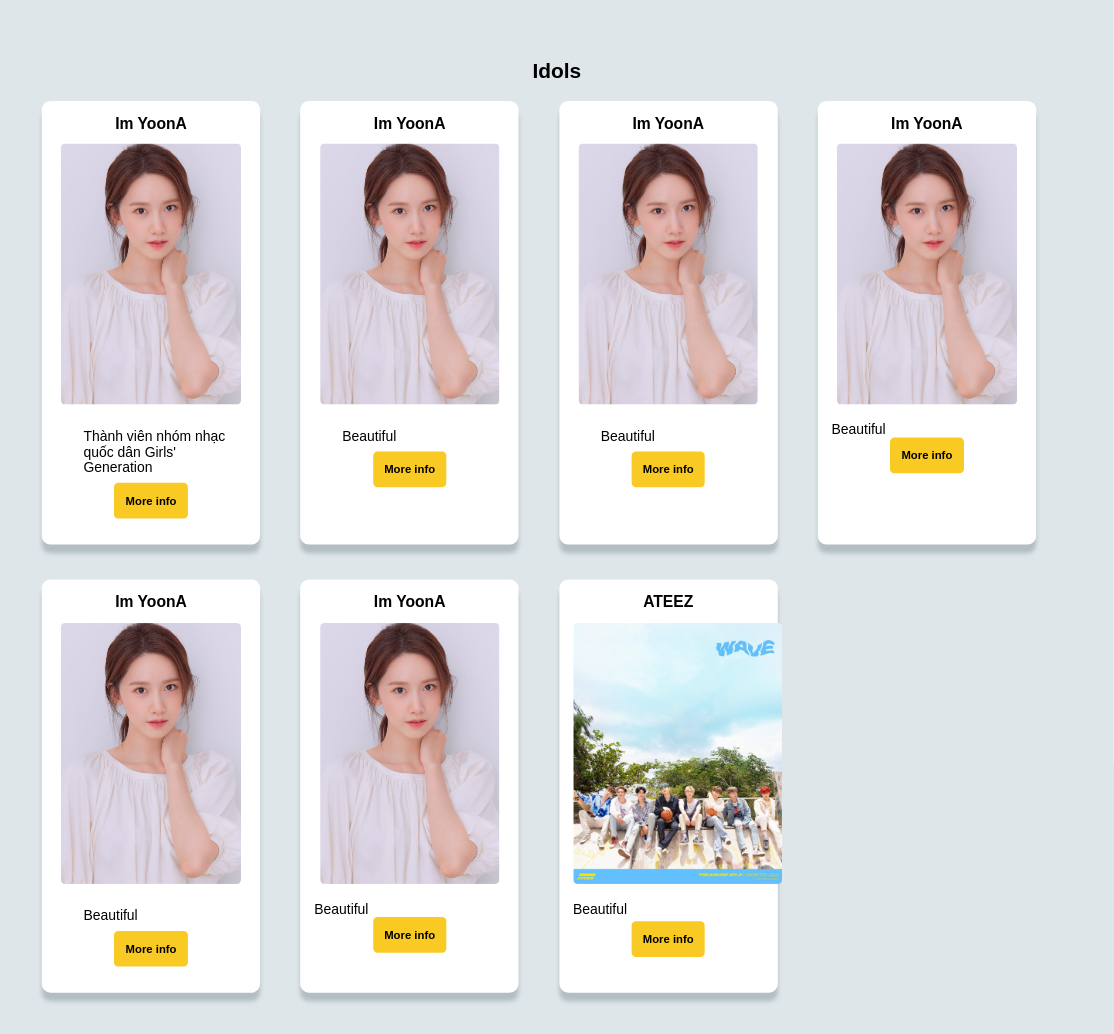
Repository: hangvtt183524/Cong_nghe_Web_va_dich_vu_truc_tuyen_20202
Page: ProjectWeb/src/View/html/idol_list.html
These files come from the project's save history. The page is drawn as it stood at one moment and after the next save; the edit follows.
The browser window is 1280 px wide. The pictures show the whole page, at 87% of full size.

Above is the page before, as saved 2021-05-04 08:13:03.

After the next save:
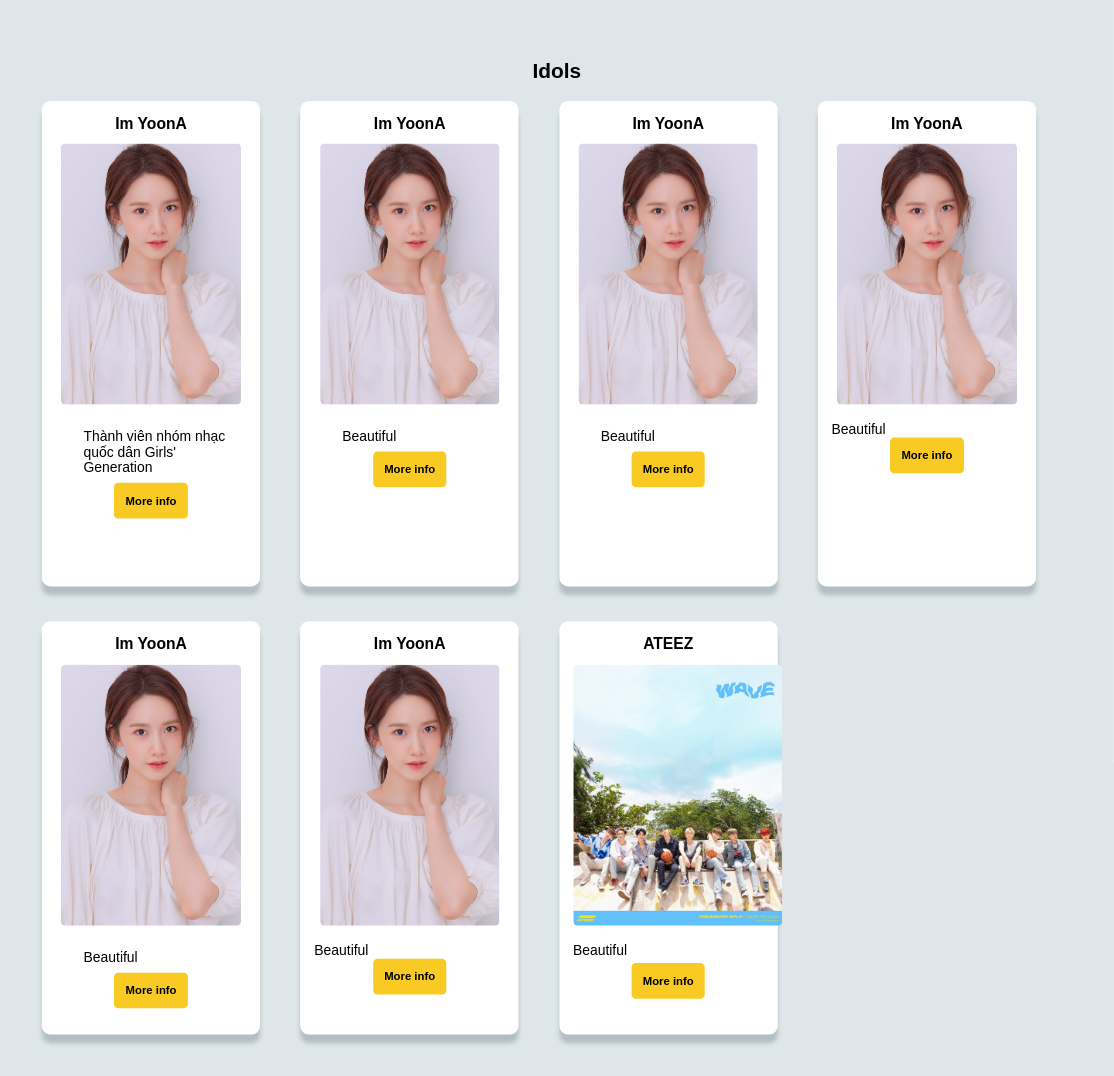
Saved 22 s later.
--- a/ProjectWeb/src/View/html/idol_list.html
+++ b/ProjectWeb/src/View/html/idol_list.html
@@ -18,7 +18,9 @@
 					<div class="text">Thành viên nhóm nhạc quốc dân Girls' Generation</div>
 					</div>
 					<div>
+						<div class="btnblock">
 						<button class="info-button">More info</button>
+						</div>
 					</div>
 				</div>
 
@@ -34,9 +36,9 @@
 					</div>
 
 					<div>
-
-
+						<div class="btnblock">
 						<button class="info-button">More info</button>
+						</div>
 					</div>
 				</div>
 
